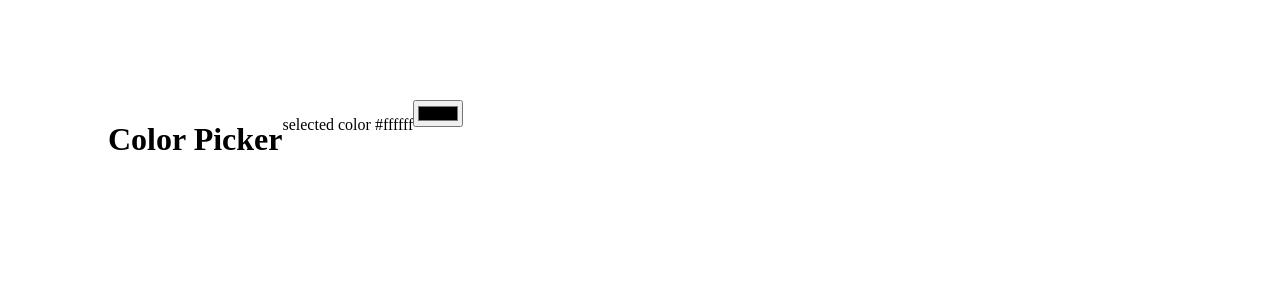
Repository: wakoya-tech/color-picker
Page: /
The author's editor kept a copy of each file at every save. The page is drawn from the files as they stood at one save, then again after the next save.
The browser window is 1280 px wide. The pictures show the whole page.
The project was rebuilt for these pictures with package versions that can differ from the ones it lists, and the page was loaded fresh each time. Also part of the build but not shown: vite.config.js, src/index.css.

Above is the page before, as saved 2025-10-16 20:42:21.

After the next save:
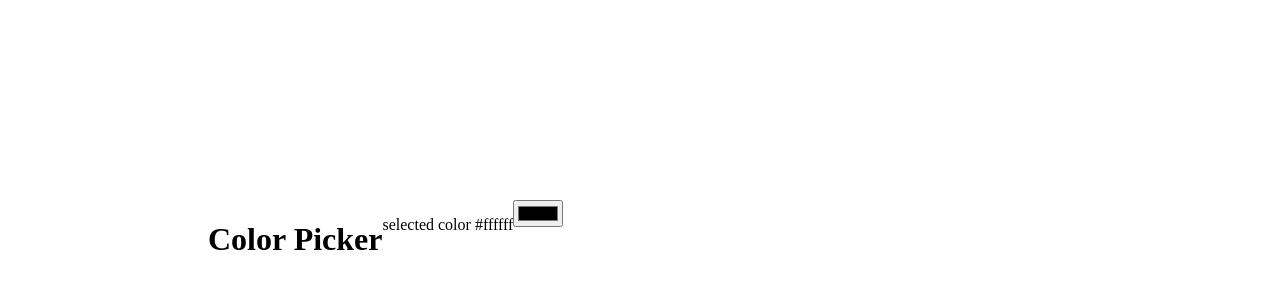
Saved 26 s later.
--- a/src/App.css
+++ b/src/App.css
@@ -4,4 +4,5 @@ body{
 .color-picker-container{
   display: flex;
   margin: 100px;
+  padding: 100px 50px 50px 100px;
 }
